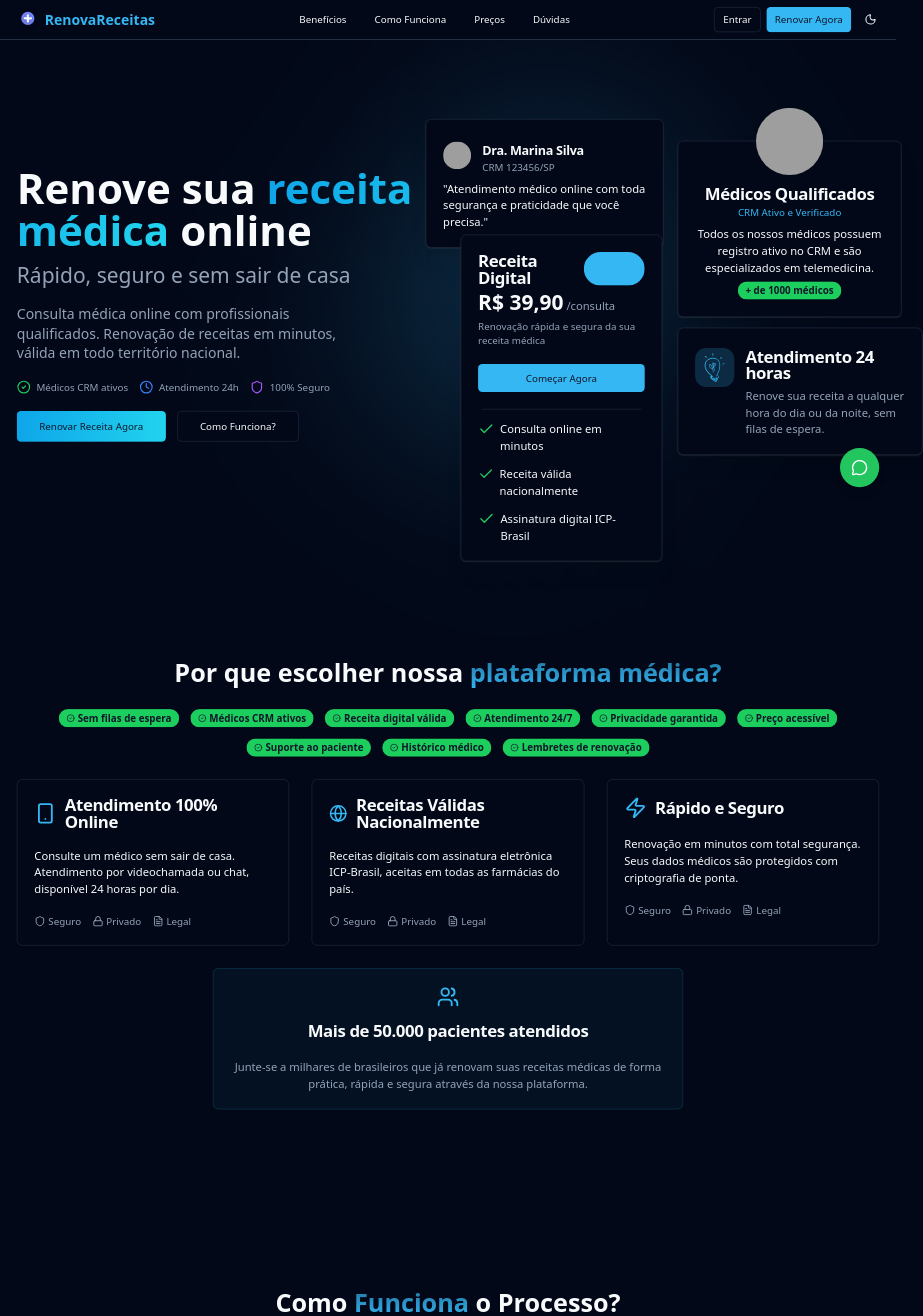
Repository: xoiurp/saude-digital
Page: /
These files come from the project's save history. The page is drawn as it stood at one moment and after the next save; the edit follows.
The browser window is 1280 px wide. The page is 1318 px wide, so the pictures cover 1318 px, including what lies to the right of the window. The pictures show the part of the page from y = 0 to 1880 px (the page is 6945 px tall), at 70% of full size.
Pictures or frames that could not be fetched are drawn as grey boxes. The project was rebuilt for these pictures with package versions that can differ from the ones it lists, and the page was loaded fresh each time. Also part of the build but not shown: vite.config.ts.

Above is the page before, as saved 2025-09-09 16:03:56.

### index.html
<!doctype html>
<html lang="pt-BR">
  <head>
    <meta charset="UTF-8" />
    <link rel="icon" type="image/svg+xml" href="/vite.svg" />
    <meta name="viewport" content="width=device-width, initial-scale=1.0" />
    <meta name="description" content="Renove sua receita médica online com segurança e praticidade. Consulta médica 24h, receita digital válida em todo Brasil. Renovação em minutos!">
    <meta name="keywords" content="renovar receita, receita médica online, telemedicina, consulta online, receita digital">
    <title>RenovaReceitas - Renovação de Receitas Médicas Online 24h</title>
  </head>
  <body>
    <div id="root"></div>
    <script type="module" src="/src/main.tsx"></script>
  </body>
</html>

### src/App.tsx
import { About } from "./components/About";
import { Cta } from "./components/Cta";
import { FAQ } from "./components/FAQ";
import { Features } from "./components/Features";
import { Footer } from "./components/Footer";
import { Hero } from "./components/Hero";
import { HowItWorks } from "./components/HowItWorks";
import { Navbar } from "./components/Navbar";
import { Newsletter } from "./components/Newsletter";
import { Pricing } from "./components/Pricing";
import { Sponsors } from "./components/Sponsors";
import { Team } from "./components/Team";
import { Testimonials } from "./components/Testimonials";
import { WhatsAppButton } from "./components/WhatsAppButton";
import "./App.css";

function App() {
  return (
    <>
      <Navbar />
      <Hero />
      <Features />
      <HowItWorks />
      <Cta />
      <Testimonials />
      <Pricing />
      <FAQ />
      <Newsletter />
      <Footer />
      <WhatsAppButton />
    </>
  );
}

export default App;

### src/components/theme-provider.tsx
import { createContext, useContext, useEffect, useState } from "react";

type Theme = "dark" | "light" | "system";

type ThemeProviderProps = {
  children: React.ReactNode;
  defaultTheme?: Theme;
  storageKey?: string;
};

type ThemeProviderState = {
  theme: Theme;
  setTheme: (theme: Theme) => void;
};

const initialState: ThemeProviderState = {
  theme: "system",
  setTheme: () => null,
};

const ThemeProviderContext = createContext<ThemeProviderState>(initialState);

export function ThemeProvider({
  children,
  defaultTheme = "dark",
  storageKey = "vite-ui-theme",
  ...props
}: ThemeProviderProps) {
  const [theme, setTheme] = useState<Theme>(
    () => (localStorage.getItem(storageKey) as Theme) || defaultTheme
  );

  useEffect(() => {
    const root = window.document.documentElement;

    root.classList.remove("light", "dark");

    if (theme === "system") {
      const systemTheme = window.matchMedia("(prefers-color-scheme: dark)")
        .matches
        ? "dark"
        : "light";

      root.classList.add(systemTheme);
      return;
    }

    root.classList.add(theme);
  }, [theme]);

  const value = {
    theme,
    setTheme: (theme: Theme) => {
      localStorage.setItem(storageKey, theme);
      setTheme(theme);
    },
  };

  return (
    <ThemeProviderContext.Provider
      {...props}
      value={value}
    >
      {children}
    </ThemeProviderContext.Provider>
  );
}

export const useTheme = () => {
  const context = useContext(ThemeProviderContext);

  if (context === undefined)
    throw new Error("useTheme must be used within a ThemeProvider");

  return context;
};

### src/components/Navbar.tsx
import { useState } from "react";
import {
  NavigationMenu,
  NavigationMenuItem,
  NavigationMenuList,
} from "@/components/ui/navigation-menu";
import {
  Sheet,
  SheetContent,
  SheetHeader,
  SheetTitle,
  SheetTrigger,
} from "@/components/ui/sheet";

import { Button, buttonVariants } from "./ui/button";
import { Menu } from "lucide-react";
import { ModeToggle } from "./mode-toggle";
import logoIcon from "../assets/icon-logo.svg";

interface RouteProps {
  href: string;
  label: string;
}

const routeList: RouteProps[] = [
  {
    href: "#features",
    label: "Benefícios",
  },
  {
    href: "#howItWorks",
    label: "Como Funciona",
  },
  {
    href: "#pricing",
    label: "Preços",
  },
  {
    href: "#faq",
    label: "Dúvidas",
  },
];

export const Navbar = () => {
  const [isOpen, setIsOpen] = useState<boolean>(false);
  return (
    <header className="sticky border-b-[1px] top-0 z-40 w-full bg-white dark:border-b-slate-700 dark:bg-background">
      <NavigationMenu className="mx-auto">
        <NavigationMenuList className="container h-14 px-4 w-screen flex justify-between ">
          <NavigationMenuItem className="font-bold flex">
            <a
              rel="noreferrer noopener"
              href="/"
              className="ml-2 font-bold text-xl flex items-center"
            >
              <img
                src={logoIcon}
                alt="RenovaReceitas Logo"
                className="h-8 w-8"
              />
              <span className="ml-2 text-primary">RenovaReceitas</span>
            </a>
          </NavigationMenuItem>

          {/* mobile */}
          <span className="flex md:hidden">
            <ModeToggle />

            <Sheet
              open={isOpen}
              onOpenChange={setIsOpen}
            >
              <SheetTrigger className="px-2">
                <Menu
                  className="flex md:hidden h-5 w-5"
                  onClick={() => setIsOpen(true)}
                >
                  <span className="sr-only">Menu Icon</span>
                </Menu>
              </SheetTrigger>

              <SheetContent side={"left"}>
                <SheetHeader>
                  <SheetTitle className="font-bold text-xl flex items-center">
                    <img
                      src={logoIcon}
                      alt="RenovaReceitas Logo"
                      className="h-6 w-6 mr-2"
                    />
                    RenovaReceitas
                  </SheetTitle>
                </SheetHeader>
                <nav className="flex flex-col justify-center items-center gap-2 mt-4">
                  {routeList.map(({ href, label }: RouteProps) => (
                    <a
                      rel="noreferrer noopener"
                      key={label}
                      href={href}
                      onClick={() => setIsOpen(false)}
                      className={buttonVariants({ variant: "ghost" })}
                    >
                      {label}
                    </a>
                  ))}
                  <Button className="w-full mt-4">
                    Renovar Receita
                  </Button>
                </nav>
              </SheetContent>
            </Sheet>
          </span>

          {/* desktop */}
          <nav className="hidden md:flex gap-2">
            {routeList.map((route: RouteProps, i) => (
              <a
                rel="noreferrer noopener"
                href={route.href}
                key={i}
                className={`text-[17px] ${buttonVariants({
                  variant: "ghost",
                })}`}
              >
                {route.label}
              </a>
            ))}
          </nav>

          <div className="hidden md:flex gap-2 items-center">
            <Button variant="outline" size="sm">
              Entrar
            </Button>
            <Button size="sm" className="bg-gradient-to-r from-primary to-primary/80 hover:from-primary/90 hover:to-primary/70">
              Renovar Agora
            </Button>
            <ModeToggle />
          </div>
        </NavigationMenuList>
      </NavigationMenu>
    </header>
  );
};

### src/components/Newsletter.tsx
import { Button } from "./ui/button";
import { Input } from "./ui/input";

export const Newsletter = () => {
  const handleSubmit = (e: any) => {
    e.preventDefault();
    console.log("Cadastrar-sed!");
  };

  return (
    <section id="Newsletter">
      <hr className="w-11/12 mx-auto" />

      <div className="container py-24 sm:py-32">
        <h3 className="text-center text-4xl md:text-5xl font-bold">
          Cadastra-se para receber{" "}
          <span className="bg-gradient-to-b from-primary/60 to-primary text-transparent bg-clip-text">
            Newsletter
          </span>
        </h3>
        <p className="text-xl text-muted-foreground text-center mt-4 mb-8">
          Enviaremos apenas o necessário.
        </p>

        <form
          className="flex flex-col w-full md:flex-row md:w-6/12 lg:w-4/12 mx-auto gap-4 md:gap-2"
          onSubmit={handleSubmit}
        >
          <Input
            placeholder="leomirandadev@gmail.com"
            className="bg-muted/50 dark:bg-muted/80 "
            aria-label="email"
          />
          <Button>Cadastrar-se</Button>
        </form>
      </div>

      <hr className="w-11/12 mx-auto" />
    </section>
  );
};

### src/components/WhatsAppButton.tsx
import { MessageCircle } from "lucide-react";

export const WhatsAppButton = () => {
  const whatsappUrl = "http://wa.me/5516981747790";

  return (
    <a
      href={whatsappUrl}
      target="_blank"
      rel="noopener noreferrer"
      className="fixed bottom-6 right-6 z-50 bg-green-500 hover:bg-green-600 text-white p-4 rounded-full shadow-lg transition-all duration-300 hover:scale-110 flex items-center justify-center group"
      aria-label="Contato via WhatsApp"
    >
      <MessageCircle className="h-6 w-6" />
      <span className="absolute right-full mr-3 bg-gray-800 text-white text-sm px-3 py-2 rounded-lg opacity-0 group-hover:opacity-100 transition-opacity duration-300 whitespace-nowrap">
        Fale conosco no WhatsApp
      </span>
    </a>
  );
};

### src/App.css
@tailwind base;
@tailwind components;
@tailwind utilities;

@layer base {
  /* Light mode - Medical theme with blue and green tones */
  :root {
    --background: 0 0% 100%;
    --foreground: 222.2 84% 4.9%;

    --card: 0 0% 100%;
    --card-foreground: 222.2 84% 4.9%;

    --popover: 0 0% 100%;
    --popover-foreground: 222.2 84% 4.9%;

    /* Primary - Medical Blue */
    --primary: 199 89% 48%;
    --primary-foreground: 0 0% 100%;

    /* Secondary - Soft Green */
    --secondary: 142 76% 36%;
    --secondary-foreground: 0 0% 100%;

    --muted: 210 40% 96.1%;
    --muted-foreground: 215.4 16.3% 46.9%;

    --accent: 210 40% 96.1%;
    --accent-foreground: 222.2 47.4% 11.2%;

    --destructive: 0 84.2% 60.2%;
    --destructive-foreground: 210 40% 98%;

    --border: 214.3 31.8% 91.4%;
    --input: 214.3 31.8% 91.4%;
    --ring: 199 89% 48%;

    --radius: 0.5rem;
  }

  /* Dark mode - Medical theme */
  .dark {
    --background: 222.2 84% 4.9%;
    --foreground: 210 40% 98%;

    --card: 222.2 84% 4.9%;
    --card-foreground: 210 40% 98%;

    --popover: 222.2 84% 4.9%;
    --popover-foreground: 210 40% 98%;

    /* Primary - Medical Blue (lighter for dark mode) */
    --primary: 199 89% 58%;
    --primary-foreground: 222.2 47.4% 11.2%;

    /* Secondary - Soft Green (lighter for dark mode) */
    --secondary: 142 76% 46%;
    --secondary-foreground: 222.2 47.4% 11.2%;

    --muted: 217.2 32.6% 17.5%;
    --muted-foreground: 215 20.2% 65.1%;

    --accent: 217.2 32.6% 17.5%;
    --accent-foreground: 210 40% 98%;

    --destructive: 0 62.8% 30.6%;
    --destructive-foreground: 210 40% 98%;

    --border: 217.2 32.6% 17.5%;
    --input: 217.2 32.6% 17.5%;
    --ring: 199 89% 58%;
  }
}

@layer base {
  * {
    @apply border-border;
  }
  body {
    @apply bg-background text-foreground;
  }
}

### src/components/ui/button.tsx
import * as React from "react"
import { Slot } from "@radix-ui/react-slot"
import { cva, type VariantProps } from "class-variance-authority"

import { cn } from "@/lib/utils"

const buttonVariants = cva(
  "inline-flex items-center justify-center whitespace-nowrap rounded-md text-sm font-medium ring-offset-background transition-colors focus-visible:outline-none focus-visible:ring-2 focus-visible:ring-ring focus-visible:ring-offset-2 disabled:pointer-events-none disabled:opacity-50",
  {
    variants: {
      variant: {
        default: "bg-primary text-primary-foreground hover:bg-primary/90",
        destructive:
          "bg-destructive text-destructive-foreground hover:bg-destructive/90",
        outline:
          "border border-input bg-background hover:bg-accent hover:text-accent-foreground",
        secondary:
          "bg-secondary text-secondary-foreground hover:bg-secondary/80",
        ghost: "hover:bg-accent hover:text-accent-foreground",
        link: "text-primary underline-offset-4 hover:underline",
      },
      size: {
        default: "h-10 px-4 py-2",
        sm: "h-9 rounded-md px-3",
        lg: "h-11 rounded-md px-8",
        icon: "h-10 w-10",
      },
    },
    defaultVariants: {
      variant: "default",
      size: "default",
    },
  }
)

export interface ButtonProps
  extends React.ButtonHTMLAttributes<HTMLButtonElement>,
    VariantProps<typeof buttonVariants> {
  asChild?: boolean
}

const Button = React.forwardRef<HTMLButtonElement, ButtonProps>(
  ({ className, variant, size, asChild = false, ...props }, ref) => {
    const Comp = asChild ? Slot : "button"
    return (
      <Comp
        className={cn(buttonVariants({ variant, size, className }))}
        ref={ref}
        {...props}
      />
    )
  }
)
Button.displayName = "Button"

export { Button, buttonVariants }

### src/components/ui/badge.tsx
import * as React from "react"
import { cva, type VariantProps } from "class-variance-authority"

import { cn } from "@/lib/utils"

const badgeVariants = cva(
  "inline-flex items-center rounded-full border px-2.5 py-0.5 text-xs font-semibold transition-colors focus:outline-none focus:ring-2 focus:ring-ring focus:ring-offset-2",
  {
    variants: {
      variant: {
        default:
          "border-transparent bg-primary text-primary-foreground hover:bg-primary/80",
        secondary:
          "border-transparent bg-secondary text-secondary-foreground hover:bg-secondary/80",
        destructive:
          "border-transparent bg-destructive text-destructive-foreground hover:bg-destructive/80",
        outline: "text-foreground",
      },
    },
    defaultVariants: {
      variant: "default",
    },
  }
)

export interface BadgeProps
  extends React.HTMLAttributes<HTMLDivElement>,
    VariantProps<typeof badgeVariants> {}

function Badge({ className, variant, ...props }: BadgeProps) {
  return (
    <div className={cn(badgeVariants({ variant }), className)} {...props} />
  )
}

export { Badge, badgeVariants }

### src/components/ui/card.tsx
import * as React from "react"

import { cn } from "@/lib/utils"

const Card = React.forwardRef<
  HTMLDivElement,
  React.HTMLAttributes<HTMLDivElement>
>(({ className, ...props }, ref) => (
  <div
    ref={ref}
    className={cn(
      "rounded-lg border bg-card text-card-foreground shadow-sm",
      className
    )}
    {...props}
  />
))
Card.displayName = "Card"

const CardHeader = React.forwardRef<
  HTMLDivElement,
  React.HTMLAttributes<HTMLDivElement>
>(({ className, ...props }, ref) => (
  <div
    ref={ref}
    className={cn("flex flex-col space-y-1.5 p-6", className)}
    {...props}
  />
))
CardHeader.displayName = "CardHeader"

const CardTitle = React.forwardRef<
  HTMLParagraphElement,
  React.HTMLAttributes<HTMLHeadingElement>
>(({ className, ...props }, ref) => (
  <h3
    ref={ref}
    className={cn(
      "text-2xl font-semibold leading-none tracking-tight",
      className
    )}
    {...props}
  />
))
CardTitle.displayName = "CardTitle"

const CardDescription = React.forwardRef<
  HTMLParagraphElement,
  React.HTMLAttributes<HTMLParagraphElement>
>(({ className, ...props }, ref) => (
  <p
    ref={ref}
    className={cn("text-sm text-muted-foreground", className)}
    {...props}
  />
))
CardDescription.displayName = "CardDescription"

const CardContent = React.forwardRef<
  HTMLDivElement,
  React.HTMLAttributes<HTMLDivElement>
>(({ className, ...props }, ref) => (
  <div ref={ref} className={cn("p-6 pt-0", className)} {...props} />
))
CardContent.displayName = "CardContent"

const CardFooter = React.forwardRef<
  HTMLDivElement,
  React.HTMLAttributes<HTMLDivElement>
>(({ className, ...props }, ref) => (
  <div
    ref={ref}
    className={cn("flex items-center p-6 pt-0", className)}
    {...props}
  />
))
CardFooter.displayName = "CardFooter"

export { Card, CardHeader, CardFooter, CardTitle, CardDescription, CardContent }

### src/components/mode-toggle.tsx
import { Button } from "@/components/ui/button";
import {
  DropdownMenu,
  DropdownMenuContent,
  DropdownMenuItem,
  DropdownMenuTrigger,
} from "@/components/ui/dropdown-menu";
import { useTheme } from "@/components/theme-provider";
import { Moon, Sun } from "lucide-react";

export function ModeToggle() {
  const { setTheme } = useTheme();

  return (
    <DropdownMenu>
      <DropdownMenuTrigger asChild>
        <Button
          variant="ghost"
          size="icon"
          className="ghost"
        >
          <Sun className="h-[1.1rem] w-[1.2rem] rotate-0 scale-100 transition-all dark:-rotate-90 dark:scale-0" />
          <Moon className="absolute h-[1.1rem] w-[1.2rem] rotate-90 scale-0 transition-all dark:rotate-0 dark:scale-100" />
          <span className="sr-only">Toggle theme</span>
        </Button>
      </DropdownMenuTrigger>
      <DropdownMenuContent align="end">
        <DropdownMenuItem onClick={() => setTheme("light")}>
          Light
        </DropdownMenuItem>
        <DropdownMenuItem onClick={() => setTheme("dark")}>
          Dark
        </DropdownMenuItem>
        <DropdownMenuItem onClick={() => setTheme("system")}>
          System
        </DropdownMenuItem>
      </DropdownMenuContent>
    </DropdownMenu>
  );
}

### src/components/ui/input.tsx
import * as React from "react"

import { cn } from "@/lib/utils"

export interface InputProps
  extends React.InputHTMLAttributes<HTMLInputElement> {}

const Input = React.forwardRef<HTMLInputElement, InputProps>(
  ({ className, type, ...props }, ref) => {
    return (
      <input
        type={type}
        className={cn(
          "flex h-10 w-full rounded-md border border-input bg-background px-3 py-2 text-sm ring-offset-background file:border-0 file:bg-transparent file:text-sm file:font-medium placeholder:text-muted-foreground focus-visible:outline-none focus-visible:ring-2 focus-visible:ring-ring focus-visible:ring-offset-2 disabled:cursor-not-allowed disabled:opacity-50",
          className
        )}
        ref={ref}
        {...props}
      />
    )
  }
)
Input.displayName = "Input"

export { Input }

### src/components/ui/avatar.tsx
import * as React from "react";
import * as AvatarPrimitive from "@radix-ui/react-avatar";

import { cn } from "@/lib/utils";

const Avatar = React.forwardRef<
  React.ElementRef<typeof AvatarPrimitive.Root>,
  React.ComponentPropsWithoutRef<typeof AvatarPrimitive.Root>
>(({ className, ...props }, ref) => (
  <AvatarPrimitive.Root
    ref={ref}
    className={cn(
      "relative flex h-10 w-10 shrink-0 overflow-hidden rounded-full",
      className
    )}
    {...props}
  />
));
Avatar.displayName = AvatarPrimitive.Root.displayName;

const AvatarImage = React.forwardRef<
  React.ElementRef<typeof AvatarPrimitive.Image>,
  React.ComponentPropsWithoutRef<typeof AvatarPrimitive.Image>
>(({ className, ...props }, ref) => (
  <AvatarPrimitive.Image
    ref={ref}
    className={cn("aspect-square h-full w-full", className)}
    {...props}
  />
));
AvatarImage.displayName = AvatarPrimitive.Image.displayName;

const AvatarFallback = React.forwardRef<
  React.ElementRef<typeof AvatarPrimitive.Fallback>,
  React.ComponentPropsWithoutRef<typeof AvatarPrimitive.Fallback>
>(({ className, ...props }, ref) => (
  <AvatarPrimitive.Fallback
    ref={ref}
    className={cn(
      "flex h-full w-full items-center justify-center rounded-full bg-muted",
      className
    )}
    {...props}
  />
));
AvatarFallback.displayName = AvatarPrimitive.Fallback.displayName;

export { Avatar, AvatarImage, AvatarFallback };

Loaded but not shown: src/main.tsx (common file); src/index.css (common file); src/lib/utils.ts (common file); tailwind.config.js (common file); src/components/Icons.tsx (664 lines, source omitted); src/components/ui/dropdown-menu.tsx (198 lines, source omitted); src/components/Pricing.tsx (181 lines, source omitted); src/components/ui/navigation-menu.tsx (128 lines, source omitted); src/components/HeroCards.tsx (133 lines, source omitted); src/components/ui/sheet.tsx (138 lines, source omitted); src/components/FAQ.tsx (109 lines, source omitted); src/components/Footer.tsx (168 lines, source omitted); src/components/Features.tsx (137 lines, source omitted); src/components/HowItWorks.tsx (118 lines, source omitted); src/components/Testimonials.tsx (111 lines, source omitted); src/components/Hero.tsx (66 lines, source omitted); src/components/Cta.tsx (50 lines, source omitted); src/components/ui/accordion.tsx (60 lines, source omitted)

After the next save:
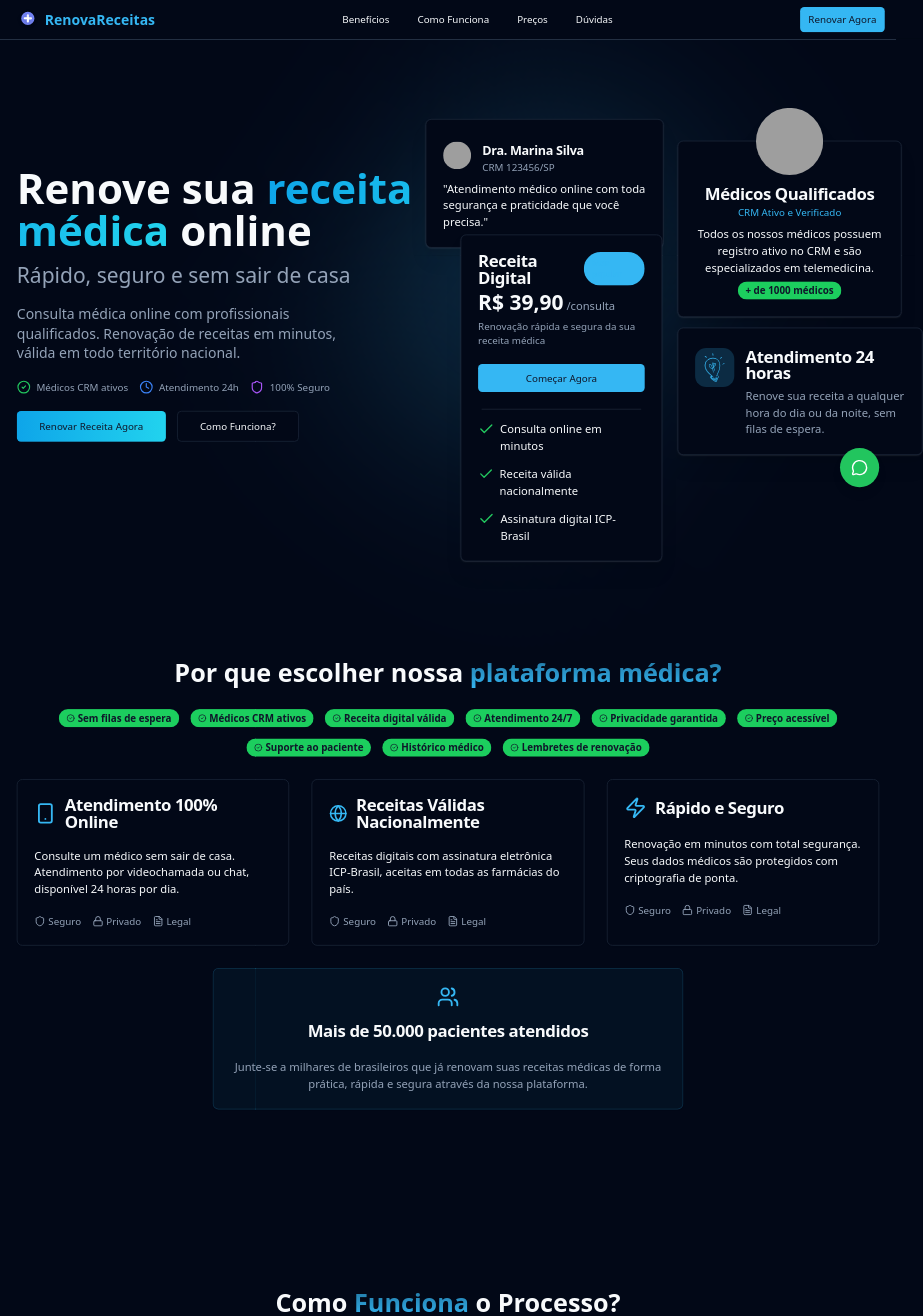
Saved 32 s later.
--- a/src/components/Navbar.tsx
+++ b/src/components/Navbar.tsx
@@ -64,8 +64,6 @@ export const Navbar = () => {
 
           {/* mobile */}
           <span className="flex md:hidden">
-            <ModeToggle />
-
             <Sheet
               open={isOpen}
               onOpenChange={setIsOpen}
@@ -102,9 +100,11 @@ export const Navbar = () => {
                       {label}
                     </a>
                   ))}
-                  <Button className="w-full mt-4">
-                    Renovar Receita
-                  </Button>
+                  <a href="http://wa.me/5516981747790" target="_blank" rel="noopener noreferrer" className="w-full">
+                    <Button className="w-full mt-4">
+                      Renovar Receita
+                    </Button>
+                  </a>
                 </nav>
               </SheetContent>
             </Sheet>
@@ -127,13 +127,11 @@ export const Navbar = () => {
           </nav>
 
           <div className="hidden md:flex gap-2 items-center">
-            <Button variant="outline" size="sm">
-              Entrar
-            </Button>
-            <Button size="sm" className="bg-gradient-to-r from-primary to-primary/80 hover:from-primary/90 hover:to-primary/70">
-              Renovar Agora
-            </Button>
-            <ModeToggle />
+            <a href="http://wa.me/5516981747790" target="_blank" rel="noopener noreferrer">
+              <Button size="sm" className="bg-gradient-to-r from-primary to-primary/80 hover:from-primary/90 hover:to-primary/70">
+                Renovar Agora
+              </Button>
+            </a>
           </div>
         </NavigationMenuList>
       </NavigationMenu>
